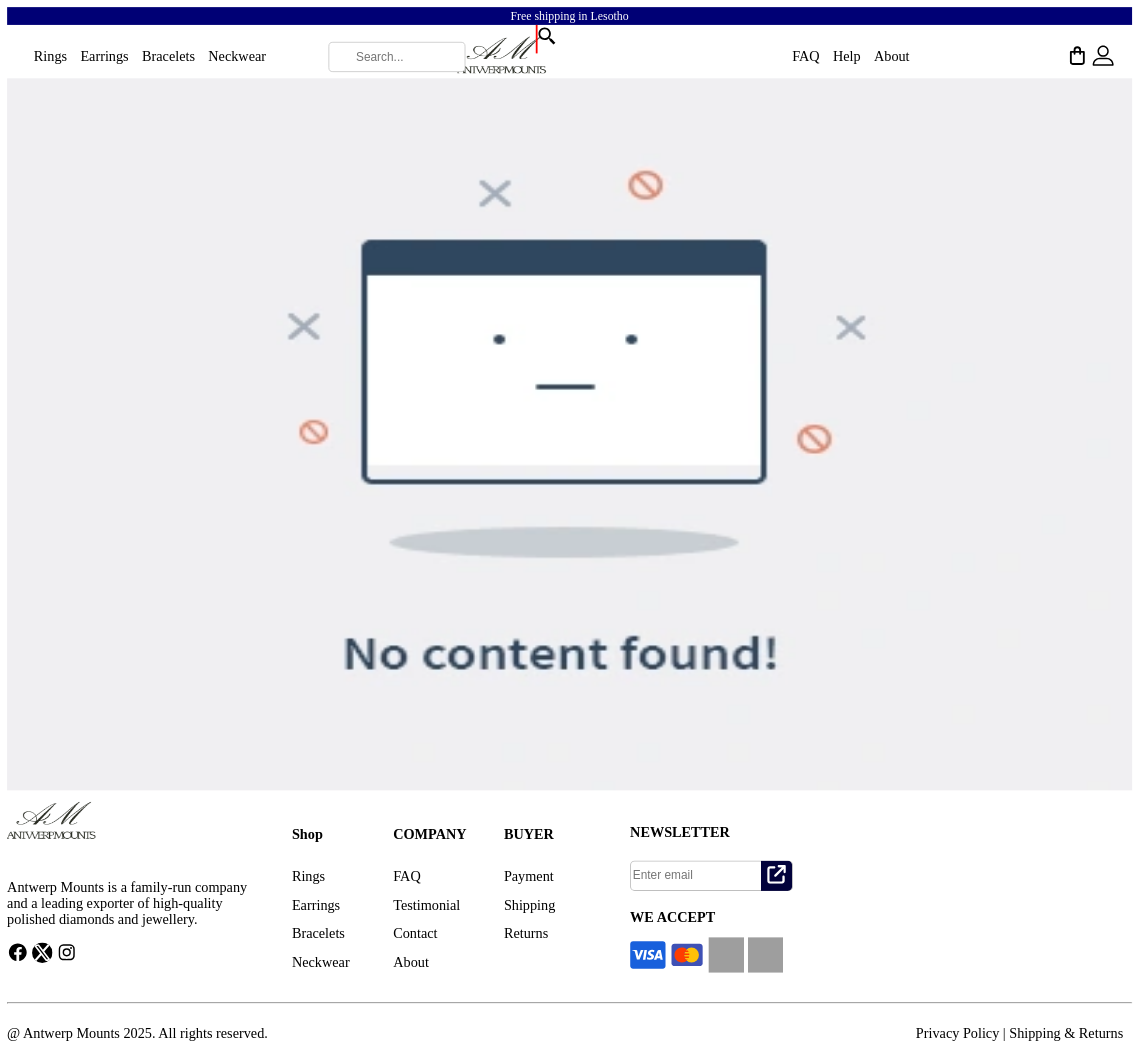
Repository: kea-0424/Web-Development-Project-1
Page: First_collaboration/JewelarySite.html
These files come from the project's save history. The page is drawn as it stood at one moment and after the next save; the edit follows.
The browser window is 1280 px wide. The pictures show the whole page, at 89% of full size.
Pictures or frames that could not be fetched are drawn as grey boxes.

Above is the page before, as saved 2025-01-23 11:45:24.

After the next save:
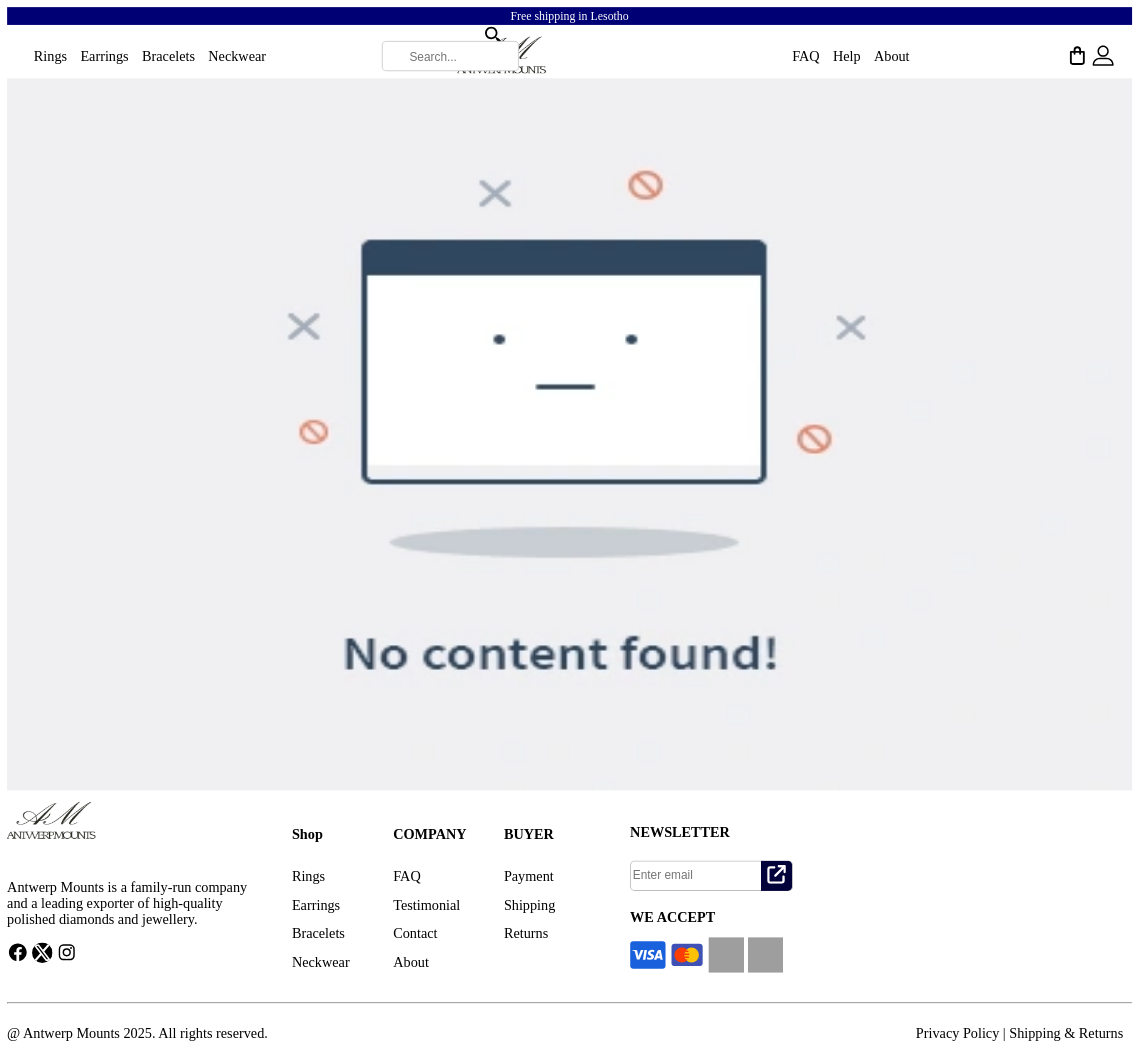
Saved 24 s later.
--- a/First_collaboration/JewelarySite.css
+++ b/First_collaboration/JewelarySite.css
@@ -72,7 +72,7 @@ main,.No_Content {
 
 }
 .searchbar_container{
-border: 1px solid red;*/
+/*border: 1px solid red;*/
     width: 120px;
     height: 30px;
     position: relative;
